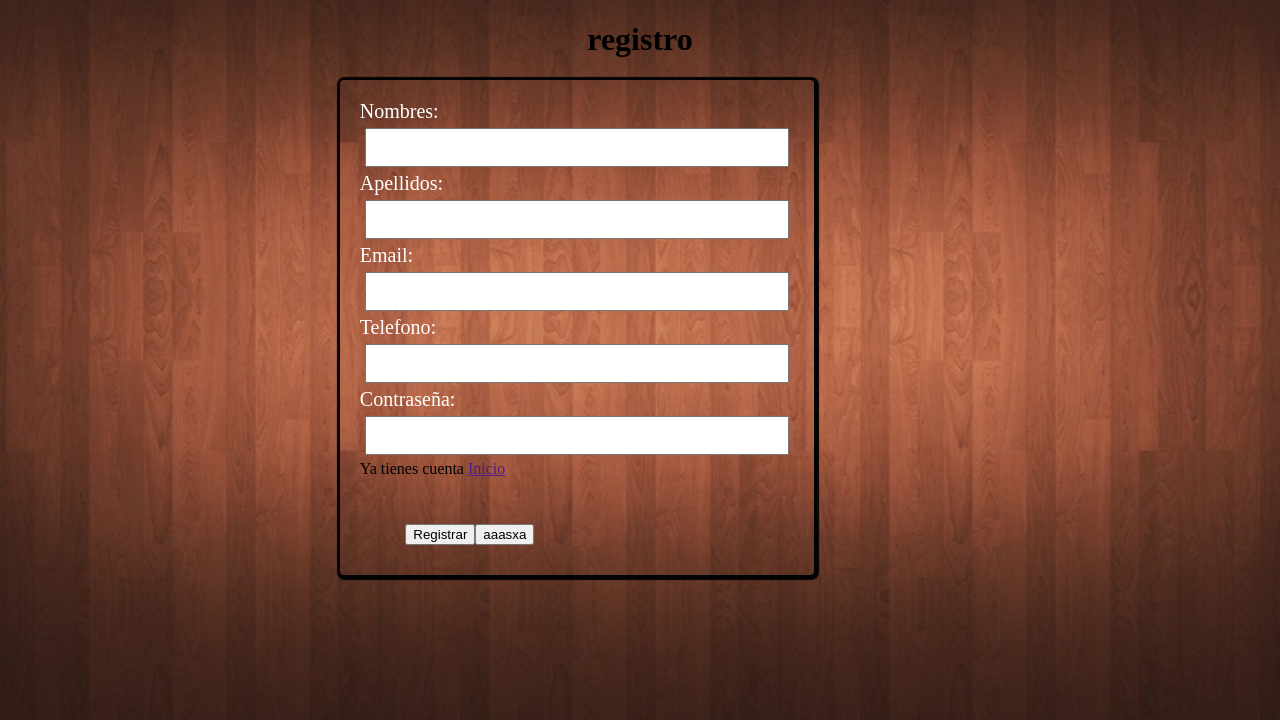
Repository: ye909/aplicacion_restaurante
Page: public/templeis/registro.html
An editor plug-in stored every save of this project. The page is shown before and after the next save, followed by the edit.
The browser window is 1280 px wide. The pictures show the whole page.

Above is the page before, as saved 2024-11-12 21:47:29.

After the next save:
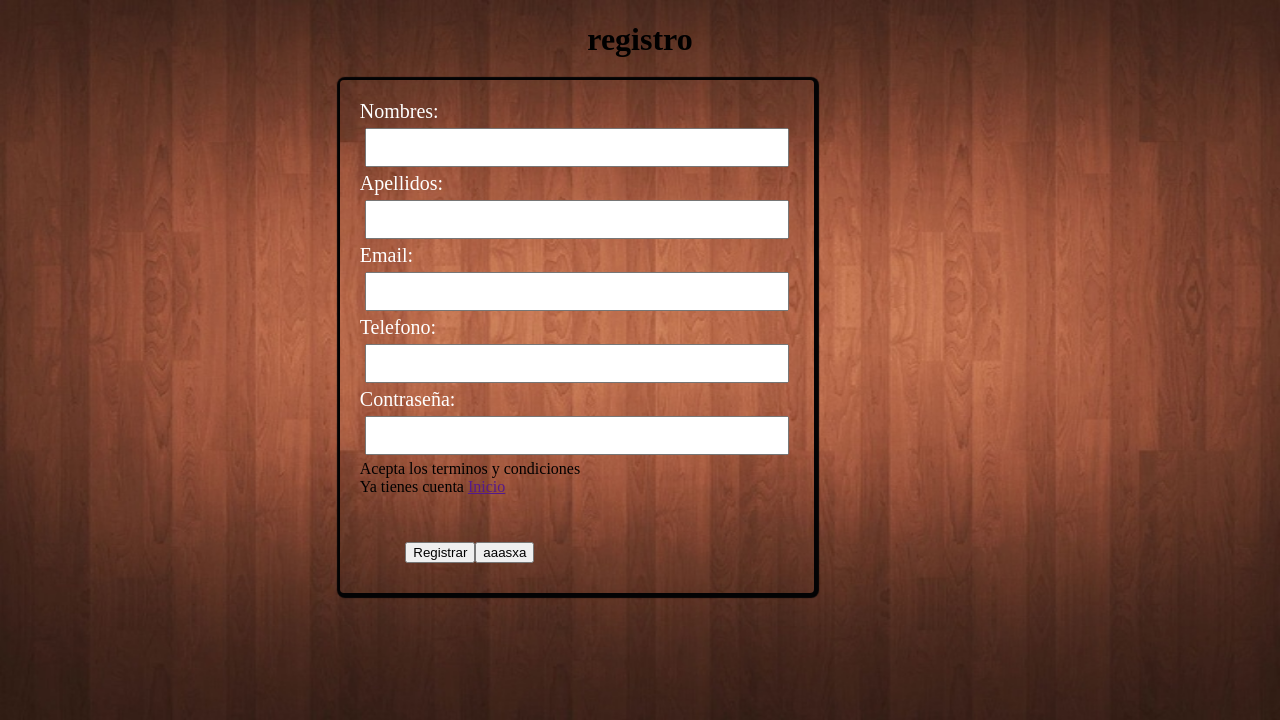
Saved 37 s later.
--- a/public/templeis/registro.html
+++ b/public/templeis/registro.html
@@ -24,6 +24,7 @@
             <br>
             <label for="password">Contraseña:</label><br>
             <input type="password" id="password" name="password">
+            <div>Acepta los terminos y condiciones </div>
            <div> Ya tienes cuenta <a href="">Inicio</a></div>
             <br><br>
             <div class="container_btn">
